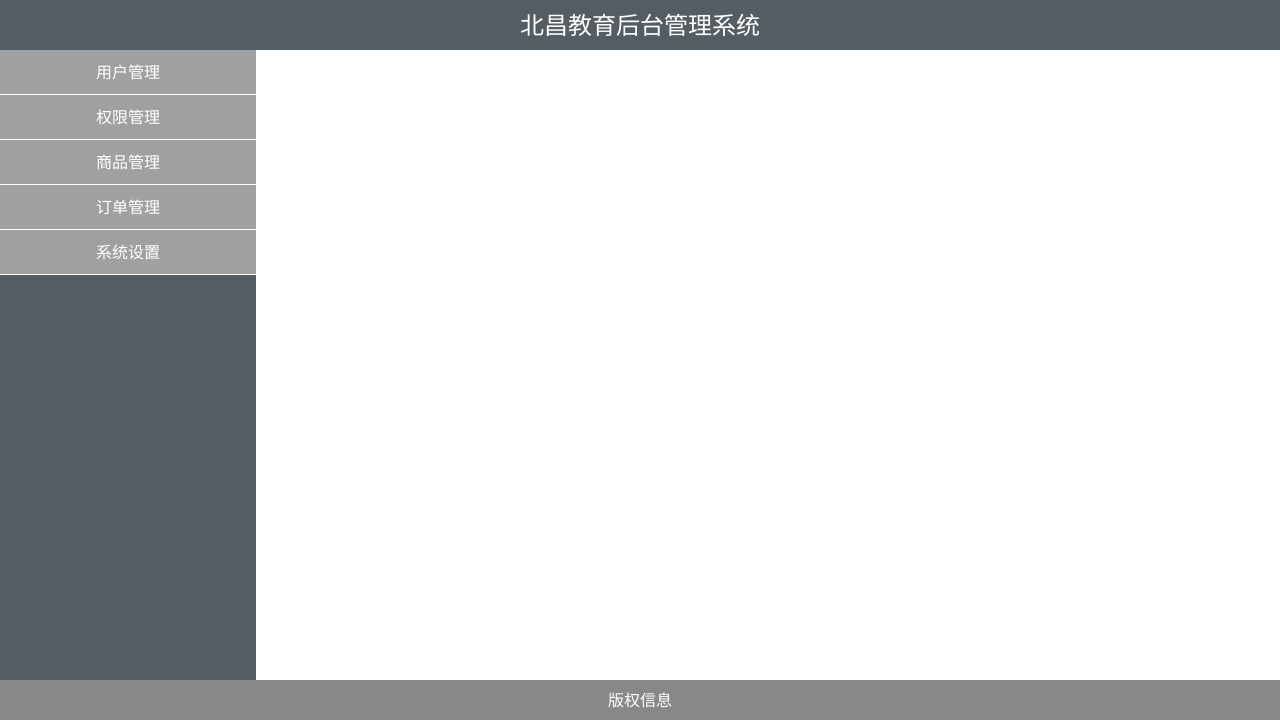
Repository: xiaosi0707/2212-v2
Page: /#/userinfo
An editor plug-in stored every save of this project. The page is shown before and after the next save, followed by the edit.
The browser window is 1280 px wide. The pictures show the whole page.
The project was rebuilt for these pictures with package versions that can differ from the ones it lists, and the page was loaded fresh each time. Also part of the build but not shown: vue.config.js, src/components/houtai/users.vue, src/components/houtai/rights.vue.

Above is the page before, as saved 2023-11-01 15:07:06.

After the next save:
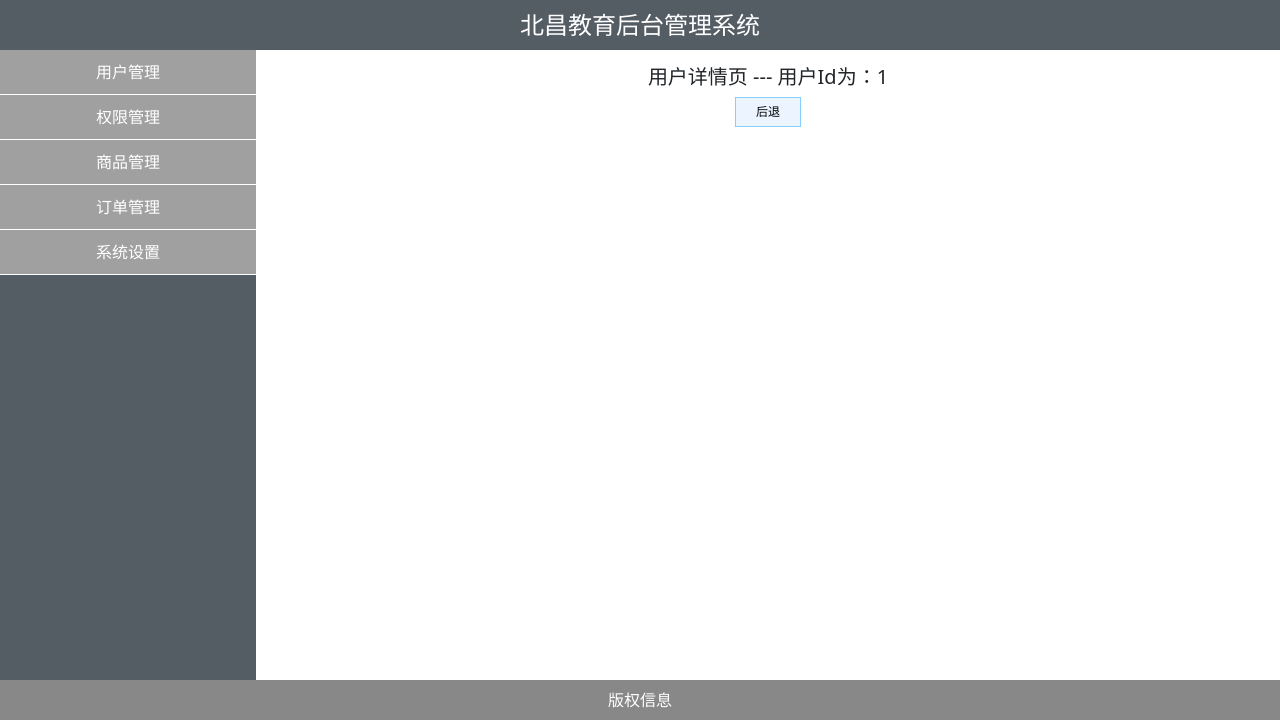
Saved 4 s later.
--- a/src/router/index.js
+++ b/src/router/index.js
@@ -27,7 +27,8 @@ const router = new VueRouter({
                 component: Rights
             },
             {
-                path: '/userinfo'
+                path: '/userinfo',
+                component: UserInfo
             }
         ]
     }
